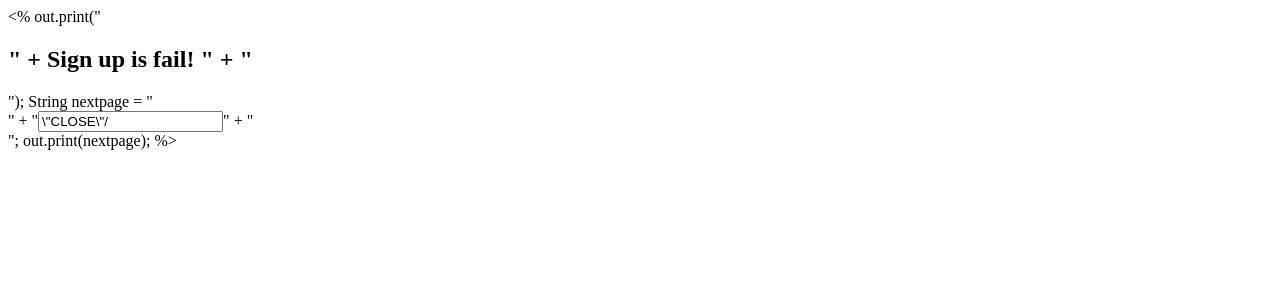
Repository: MIR013/KNU_DB_Project_Team5
Page: dbphase/Databaase/WebContent/signup_fail.html
An editor plug-in stored every save of this project. The page is shown before and after the next save, followed by the edit.
The browser window is 1280 px wide. The pictures show the whole page.

Above is the page before, as saved 2018-11-22 10:19:59.

### dbphase/Databaase/WebContent/signup_fail.html
<!DOCTYPE html>
<html>
<head>
<meta charset="UTF-8">
<title>Insert title here</title>
</head>
<body>
<%
	out.print("<h2>" + Sign up is fail! " + "</h2>");

	String nextpage = "<form action=\"my_page_passwd.html\" method=\"POST\">" +
			"<input type=\"submit\" value=\"CLOSE\"/>" +
			"</form>";
	out.print(nextpage);

%>
</body>
</html>

After the next save:
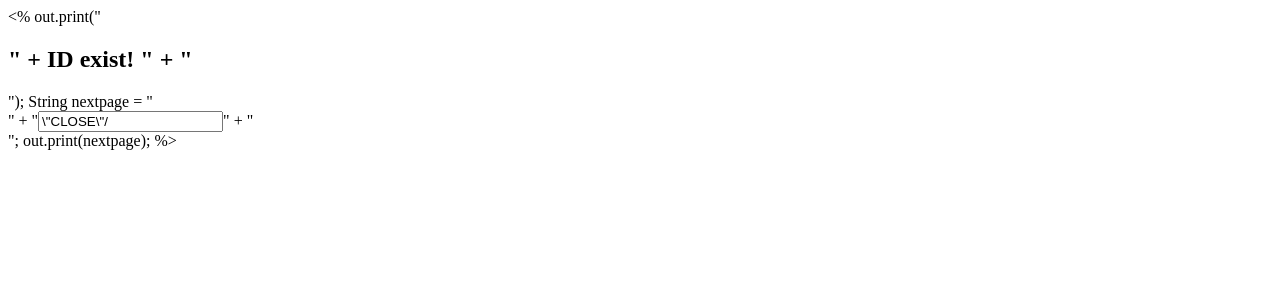
Saved 24 s later.
--- a/dbphase/Databaase/WebContent/signup_fail.html
+++ b/dbphase/Databaase/WebContent/signup_fail.html
@@ -6,9 +6,9 @@
 </head>
 <body>
 <%
-	out.print("<h2>" + Sign up is fail! " + "</h2>");
+	out.print("<h2>" + ID exist! " + "</h2>");
 
-	String nextpage = "<form action=\"my_page_passwd.html\" method=\"POST\">" +
+	String nextpage = "<form action=\"main.html\" method=\"POST\">" +
 			"<input type=\"submit\" value=\"CLOSE\"/>" +
 			"</form>";
 	out.print(nextpage);
